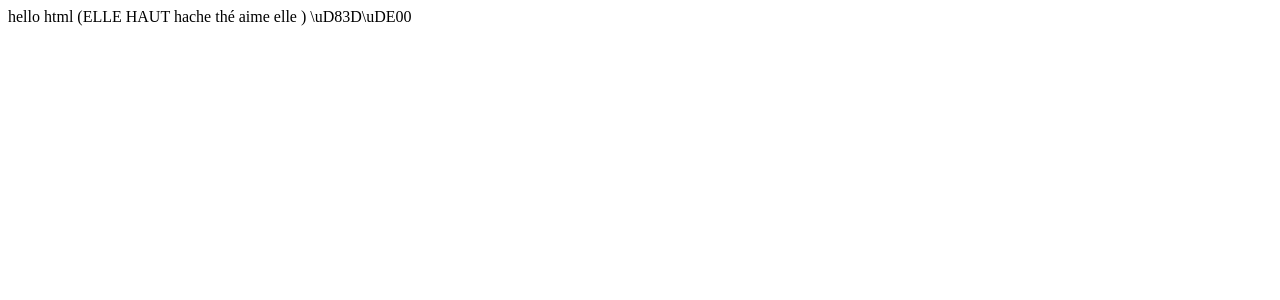
Repository: BAPTISTE-Ryan/webdev
Page: http://localhost/helloweb/HelloHtmlServlet
The author's editor kept a copy of each file at every save. The page is drawn from the files as they stood at one save, then again after the next save.
The browser window is 1280 px wide. The pictures show the whole page.
The page is served by Tomcat 9. Other server files are loaded and not shown.

Above is the page before, as saved 2018-04-13 07:48:39.

### helloweb/src/com/shahmayim/hello/HelloHtmlServlet.java
package com.shahmayim.hello;

import java.io.IOException;
import javax.servlet.ServletException;
import javax.servlet.annotation.WebServlet;
import javax.servlet.http.HttpServlet;
import javax.servlet.http.HttpServletRequest;
import javax.servlet.http.HttpServletResponse;

/**
 * Servlet implementation class HelloHtmlServlet
 */
@WebServlet("/HelloHtmlServlet")
public class HelloHtmlServlet extends HttpServlet {
	private static final long serialVersionUID = 1L;

    /**
     * @see HttpServlet#HttpServlet()
     */
    public HelloHtmlServlet() {
        super();
        // TODO Auto-generated constructor stub
    }

	/**
	 * @see HttpServlet#doGet(HttpServletRequest request, HttpServletResponse response)
	 */
	protected void doGet(HttpServletRequest request, HttpServletResponse response) throws ServletException, IOException {
		// TODO Auto-generated method stub
		//response.getWriter().append("Served at: ").append(request.getContextPath());
		response.setHeader("Content-Type", "text/html");
		response.setCharacterEncoding("UTF-8");
		response.getWriter().append("<p> hello html  (ELLE HAUT  hache thé aime elle )  \\uD83D\\uDE00 </p>");
	}

	/**
	 * @see HttpServlet#doPost(HttpServletRequest request, HttpServletResponse response)
	 */
	protected void doPost(HttpServletRequest request, HttpServletResponse response) throws ServletException, IOException {
		// TODO Auto-generated method stub
		doGet(request, response);
	}

}

After the next save:
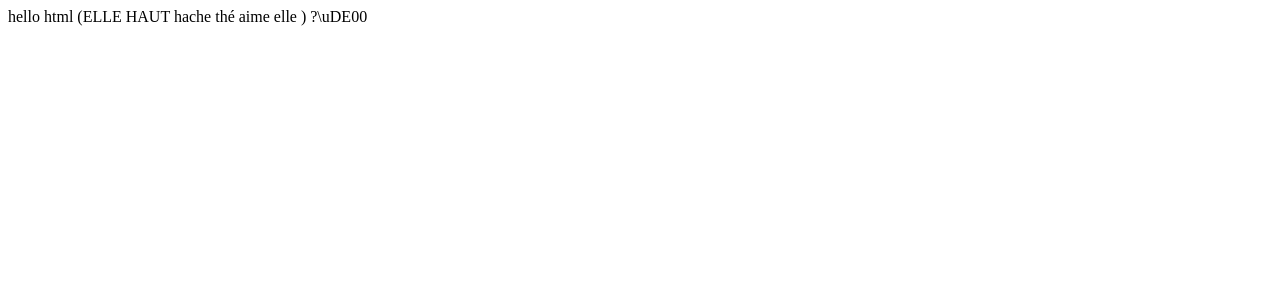
Saved 5 s later.
--- a/helloweb/src/com/shahmayim/hello/HelloHtmlServlet.java
+++ b/helloweb/src/com/shahmayim/hello/HelloHtmlServlet.java
@@ -30,7 +30,7 @@
 		//response.getWriter().append("Served at: ").append(request.getContextPath());
 		response.setHeader("Content-Type", "text/html");
 		response.setCharacterEncoding("UTF-8");
-		response.getWriter().append("<p> hello html  (ELLE HAUT  hache thé aime elle )  \\uD83D\\uDE00 </p>");
+		response.getWriter().append("<p> hello html  (ELLE HAUT  hache thé aime elle )  \uD83D\\uDE00 </p>");
 	}
 
 	/**

After the save that followed:
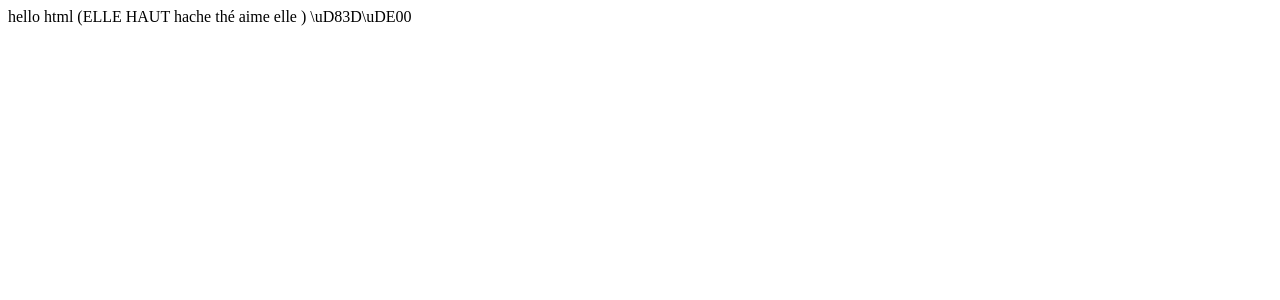
Saved 9 s later.
--- a/helloweb/src/com/shahmayim/hello/HelloHtmlServlet.java
+++ b/helloweb/src/com/shahmayim/hello/HelloHtmlServlet.java
@@ -30,7 +30,7 @@
 		//response.getWriter().append("Served at: ").append(request.getContextPath());
 		response.setHeader("Content-Type", "text/html");
 		response.setCharacterEncoding("UTF-8");
-		response.getWriter().append("<p> hello html  (ELLE HAUT  hache thé aime elle )  \uD83D\\uDE00 </p>");
+		response.getWriter().append("<p> hello html  (ELLE HAUT  hache thé aime elle )  \\uD83D\\uDE00 </p>");
 	}
 
 	/**
